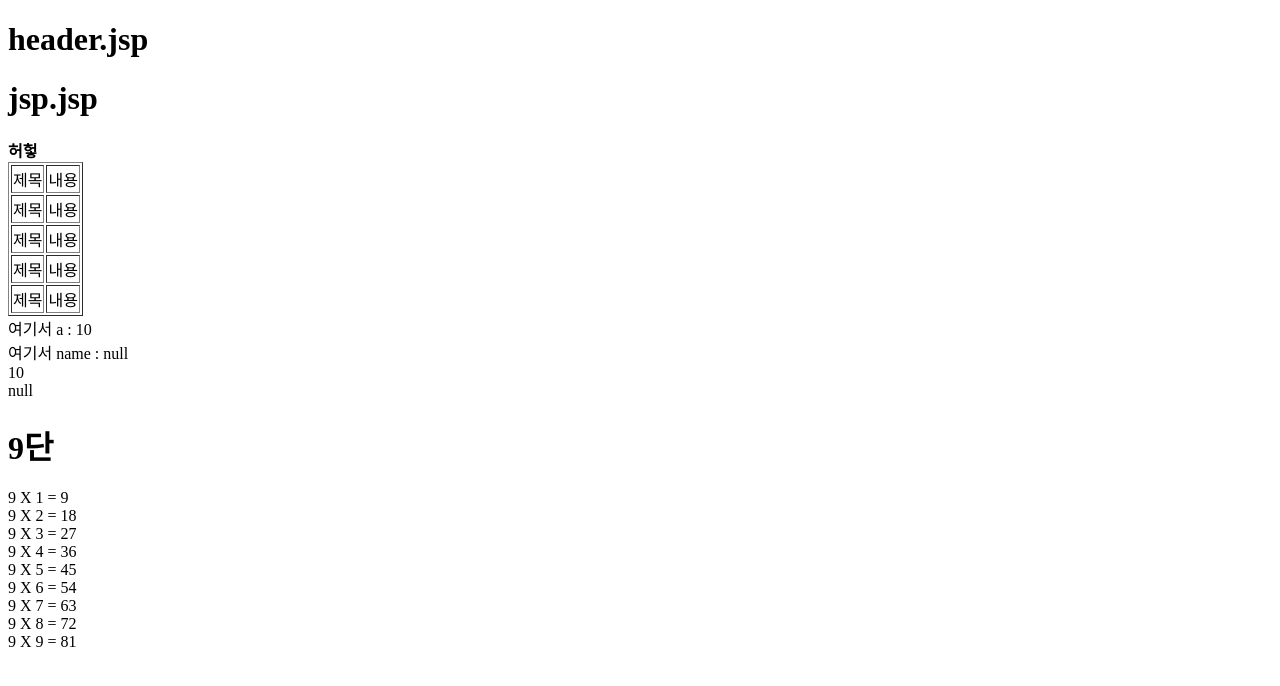
Repository: JaeWon-Sim/Project
Page: http://localhost/_4_project_jsp/jsp.jsp
An editor plug-in stored every save of this project. The page is shown before and after the next save, followed by the edit.
The browser window is 1280 px wide. The pictures show the whole page.
The page is served by Tomcat 9.

Above is the page before, as saved 2025-08-21 06:58:52.

### workspace_java/_4_project_jsp/src/main/webapp/jsp.jsp
<!-- html 주석 -->
<%-- jsp 주석 --%>

<!-- 디렉티브 테그 -->
<%--
	"<%@"로 시작하는 태그
	1. page
	2. include
 --%>
<%@
	page language="java" contentType="text/html; charset=UTF-8"
	pageEncoding="UTF-8" import="java.util.List" import="java.util.Map"%>
<%-- import 쓰는법 --%>
<%@page import="java.util.ArrayList"%>
<%@page import="java.util.*"%>
<!DOCTYPE html>
<html>
<head>
<meta charset="UTF-8">
<title>Insert title here</title>
<script>
	window.onload = function() {
		console.log("jsp");
	}
</script>
</head>
<body>
	<%@ include file="header.jsp"%>

	<h1>jsp.jsp</h1>

	<!-- 스크립틀릿Scriptlet -->
	<%
	//여기는 java 땅입니다
	System.out.println("test");
	out.println("<strong>허헣</strong>");
	%>

	<table border=1>
		<%
		for (int i = 0; i < 5; i++) {
		%>
		<tr>
			<td>제목</td>
			<td>내용</td>
		</tr>
		<%
		}
		%>
	</table>
	<%
	int a = 10;
	String name = request.getParameter("name");
	%>
	여기서 a :
	<%
	out.println(a);
	%><br> 여기서 name :
	<%
	out.println(name);
	%><br>

	<!-- 표현식 -->
	<%=a%><br>
	<%=name%><br>

	<!-- 선언문 -->
	<%!
	String title = "F1";
	String getTitle(){
		return this.title;
	}
	%>
	<h1>9단</h1>
	<%
	for(int i=1; i<10; i++){
	%>
	9 X <%=i %> = <%=i*9 %><br>
	<%
	}
	%>
</body>
</html>

### workspace_java/_4_project_jsp/src/main/webapp/header.jsp
<%@ page language="java" contentType="text/html; charset=UTF-8"
    pageEncoding="UTF-8"%>
<script>
	window.onload = function(){
		console.log("header");
	}
</script>
	<h1>header.jsp</h1>

After the next save:
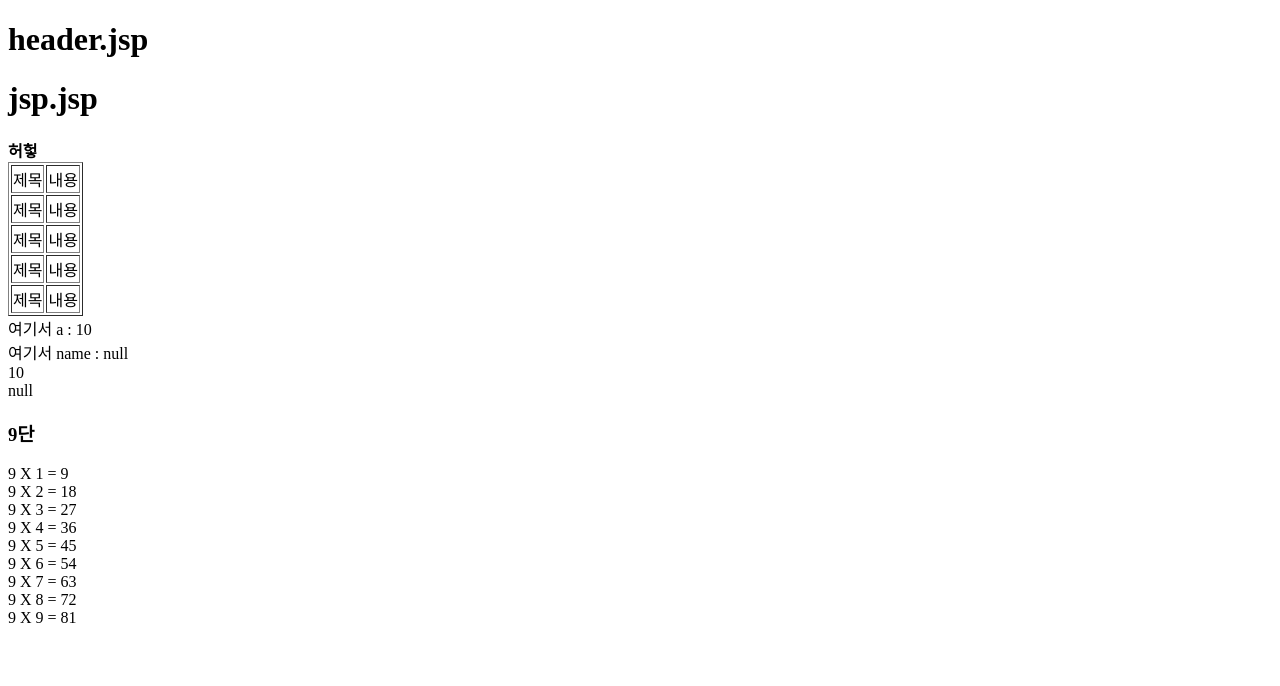
Saved 19 s later.
--- a/workspace_java/_4_project_jsp/src/main/webapp/jsp.jsp
+++ b/workspace_java/_4_project_jsp/src/main/webapp/jsp.jsp
@@ -71,7 +71,7 @@
 		return this.title;
 	}
 	%>
-	<h1>9단</h1>
+	<h3>9단</h3>
 	<%
 	for(int i=1; i<10; i++){
 	%>

After the save that followed:
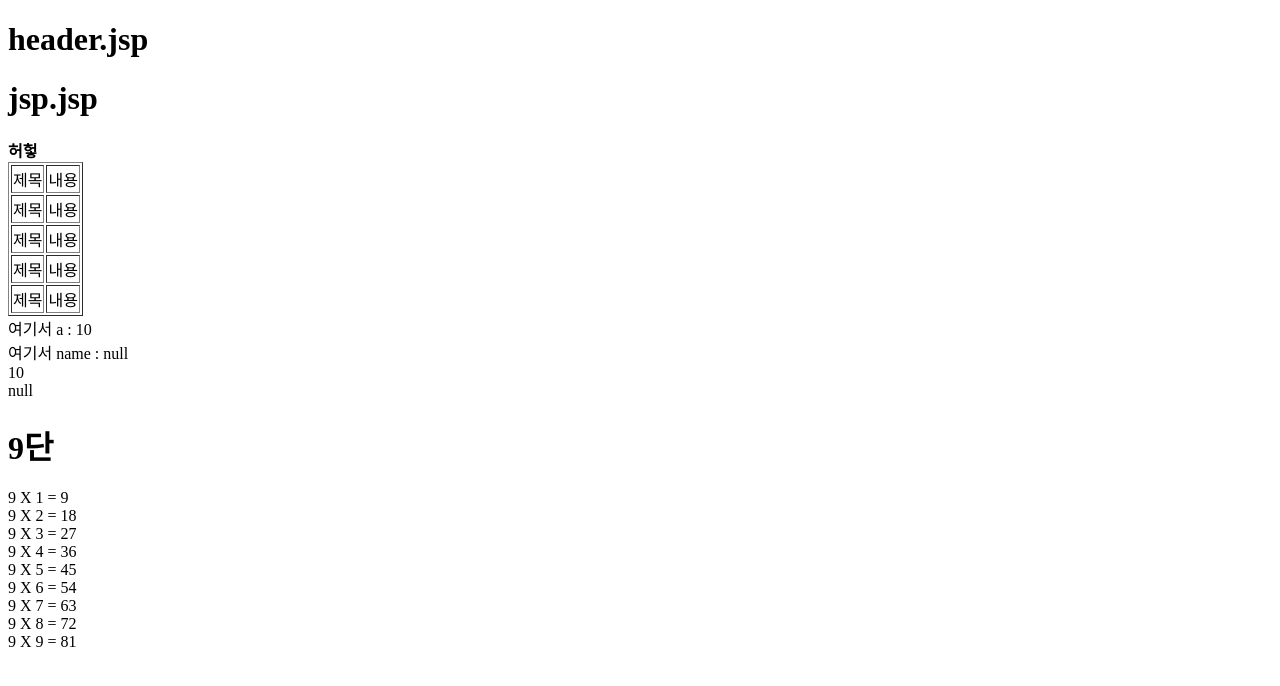
Saved 17 s later.
--- a/workspace_java/_4_project_jsp/src/main/webapp/jsp.jsp
+++ b/workspace_java/_4_project_jsp/src/main/webapp/jsp.jsp
@@ -71,7 +71,7 @@
 		return this.title;
 	}
 	%>
-	<h3>9단</h3>
+	<h1>9단</h1>
 	<%
 	for(int i=1; i<10; i++){
 	%>
